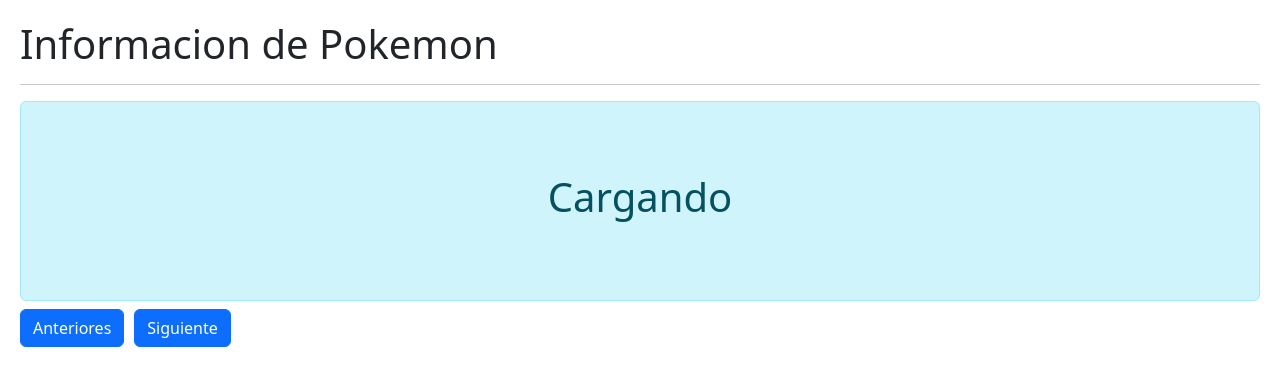
Repository: bryanesteban/hooks-App
Page: /
These files come from the project's save history. The page is drawn as it stood at one moment and after the next save; the edit follows.
The browser window is 1280 px wide. The pictures show the whole page.
The page's requests for data from a server got no answer. The project was rebuilt for these pictures with package versions that can differ from the ones it lists, and the page was loaded fresh each time. No one was signed in, and anything a server would have sent is missing. Also part of the build but not shown: vite.config.js, src/HooksApp.jsx, src/01-useState/CounterApp.jsx, src/01-useState/CounterWithCustomHook.jsx, src/02-useEffect/Message.jsx, src/02-useEffect/SimpleForm.jsx, src/hooks/useForm.js, src/02-useEffect/FormWithCustomHook.jsx and 1 more.

Above is the page before, as saved 2024-07-01 23:03:30.

### src/main.jsx
import React from 'react'
import ReactDOM from 'react-dom/client'
import './index.css'
import { HooksApp } from './HooksApp'
import { CounterApp } from './01-useState/CounterApp'
import { CounterWithCustomHook } from './01-useState/CounterWithCustomHook'
import { SimpleForm } from './02-useEffect/SimpleForm'
import { FormWithCustomHook } from './02-useEffect/FormWithCustomHook'
import { MultipleCustomHook } from './03-examples/MultipleCustomHook'

ReactDOM.createRoot(document.getElementById('root')).render(
  // <React.StrictMode>
  //   <FormWithCustomHook />
  // </React.StrictMode>
  <MultipleCustomHook />
)

### src/03-examples/MultipleCustomHook.jsx

import React from 'react'
import { useFetch } from '../hooks/useFetch'
import { useCounter } from '../hooks/useCounter';
import { LoadingMessage } from './LoadingMessage';
import { PokemonCard } from './PokemonCard';

export const MultipleCustomHook = () => {

    const { counter, decrement, increment } = useCounter(1);
    const { data, hasError, isLoading} = useFetch(`https://pokeapi.co/api/v2/pokemon/${ counter }`);




    return (
    <>
    <h1>Informacion de Pokemon</h1>
    <hr></hr>
        { isLoading
            ?  <LoadingMessage/>
            : (
              <PokemonCard
                id={data?.id}
                name={ data?.name}
                sprites={[
                    data.sprites.front_default,
                    data.sprites.front_shiny,
                    data.sprites.back_default,
                    data.sprites.back_shiny,
                ]}
            />
            )
        }
        {/* <pre> {JSON.stringify(data, null, 2 )} </pre> */}





        <button
            className="btn btn-primary mt-2"
            onClick={() => counter > 1 ? decrement() : null }
        >
            Anteriores
        </button>
        <button
            className="btn btn-primary  mt-2"
            onClick={() => increment()}
        >
            Siguiente
        </button>

    </>

  )
}

### src/hooks/useCounter.jsx
import { useState } from "react"

export const useCounter = (initialValue = 10 ) => {

    const [counter, setCounter] = useState(initialValue);

    const  increment  = (value = 1) => {
        setCounter( counter + value );
    }
    const  decrement  = (value = 1) => {
        if (counter === 0 ) return;
        setCounter( counter - value );
    }
    const  reset  = () => {
        setCounter( initialValue );
    }


    return {
        counter,
        increment,
        decrement,
        reset,
    }

}

### src/hooks/useFetch.js


import React, { useEffect, useState } from 'react'

const localCache = {};

export const useFetch = ( url ) => {



    const [state, setstate] = useState({
        date:null,
        isLoading: true,
        hasError: false,
        error: null,
    });

    useEffect(() => {
        getFetch();


    }, [url])


    const setLoadingState = () => {
        setstate({
            date:null,
            isLoading: true,
            hasError: false,
            error: null,
        });
    }

    const getFetch = async() => {

        if( localCache [url]){
            console.log('Usando cache');
            setstate({
                data: localCache[url],
                isLoading: false,
                hasError: false,
                error: null,
            });
            return;
        }

        setLoadingState();
       const resp = await fetch( url );

       //sleep
       await new Promise( resolve => setTimeout(resolve, 1000));

       if( !resp.ok){
        setstate({
            data:null,
            isLoading: false,
            hasError: true,
            error:{
                code: resp.status,
                message: resp.statusText,
            }
        });
        return;
       }


       const data = await resp.json();
       setstate({
        data:data,
        isLoading: false,
        hasError: false,
        error: null
       })

       localCache[ url] = data;
    }

    return {
        data: state.data,
        isLoading: state.isLoading,
        hasError: state.hasError,
  }
}

### src/03-examples/LoadingMessage.jsx
import React from 'react'

export const LoadingMessage = () => {
  return (
    <section
        style={{height: 200}}
        className="alert alert-info text-center p-0 m-0 d-flex align-items-center justify-content-center"
    >
        <h1>Cargando</h1>
    </section>
  )
}

### src/04-useRef/FocusScreen.jsx
import React from 'react'

export const FocusScreen = () => {
  return (
    <>
        <h1>Focus Screen</h1>
        <hr/>

        <input
            type="text"
            placeholder="Ingrese su nombre"

        />
    </>
  )
}

Loaded but not shown: index.html (common file); src/index.css (common file)

After the next save:
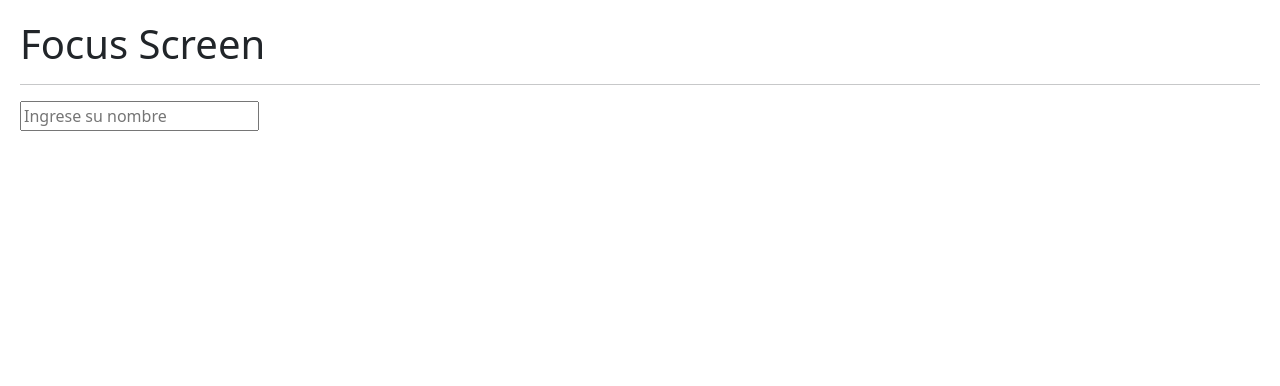
Saved 30 s later.
--- a/src/main.jsx
+++ b/src/main.jsx
@@ -7,10 +7,12 @@
 import { SimpleForm } from './02-useEffect/SimpleForm'
 import { FormWithCustomHook } from './02-useEffect/FormWithCustomHook'
 import { MultipleCustomHook } from './03-examples/MultipleCustomHook'
+import { FocusScreen } from './04-useRef/FocusScreen'
 
 ReactDOM.createRoot(document.getElementById('root')).render(
   // <React.StrictMode>
   //   <FormWithCustomHook />
   // </React.StrictMode>
-  <MultipleCustomHook />
+  // <MultipleCustomHook />
+  <FocusScreen/>
 )
